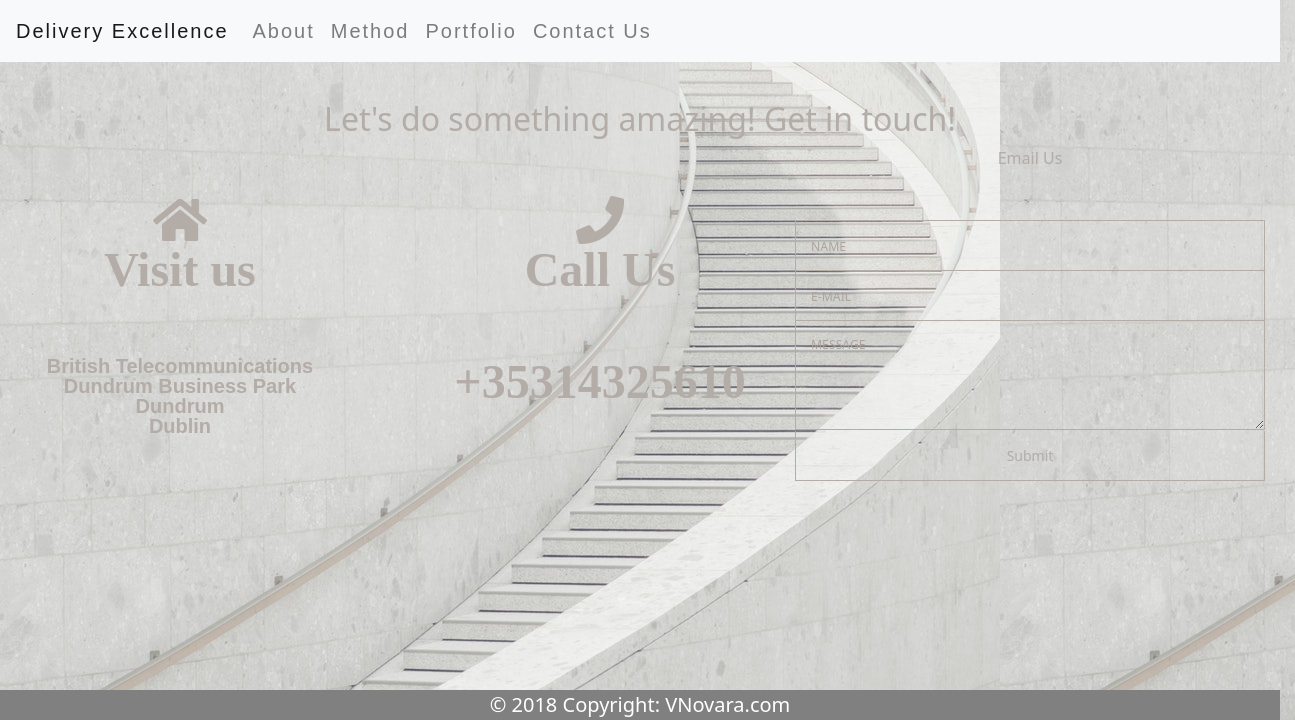
Repository: valenovi76/DeliveryExcellence
Page: contact.html
The author's editor kept a record of every edit. The page is drawn from the files as they stood at one moment, then again after the next edit.
The browser window is 1280 px wide. The page is 1295 px wide, so the pictures cover 1295 px, including what lies to the right of the window. The pictures show the whole page.
Some web libraries are served in a nearby version.

Above is the page before.

After the next edit:
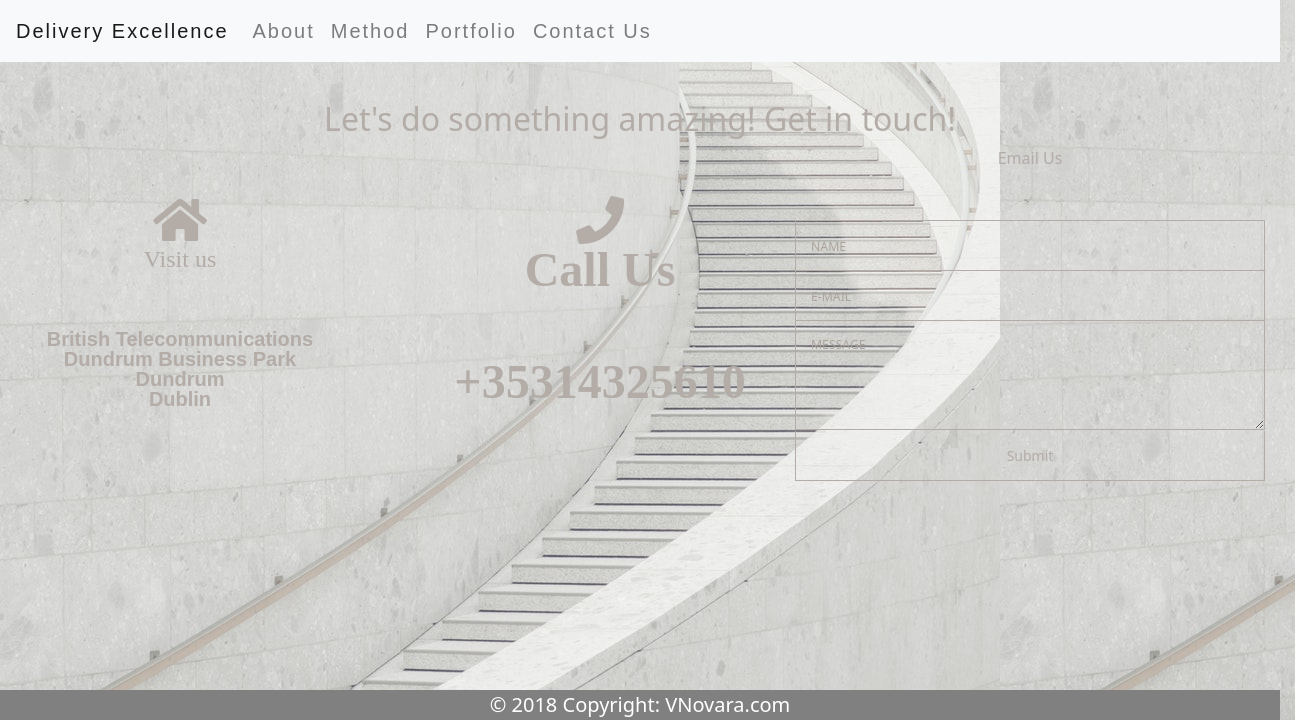
The edit:
--- a/contact.html
+++ b/contact.html
@@ -46,7 +46,7 @@
                     <div class="col-md addr">
 
                         <i class="fas fa-home">
-                            <p>Visit us</p><br>
+                            <h4>Visit us</h4><br>
                             <address>
                                 British Telecommunications<br>
                                 Dundrum Business Park<br>
